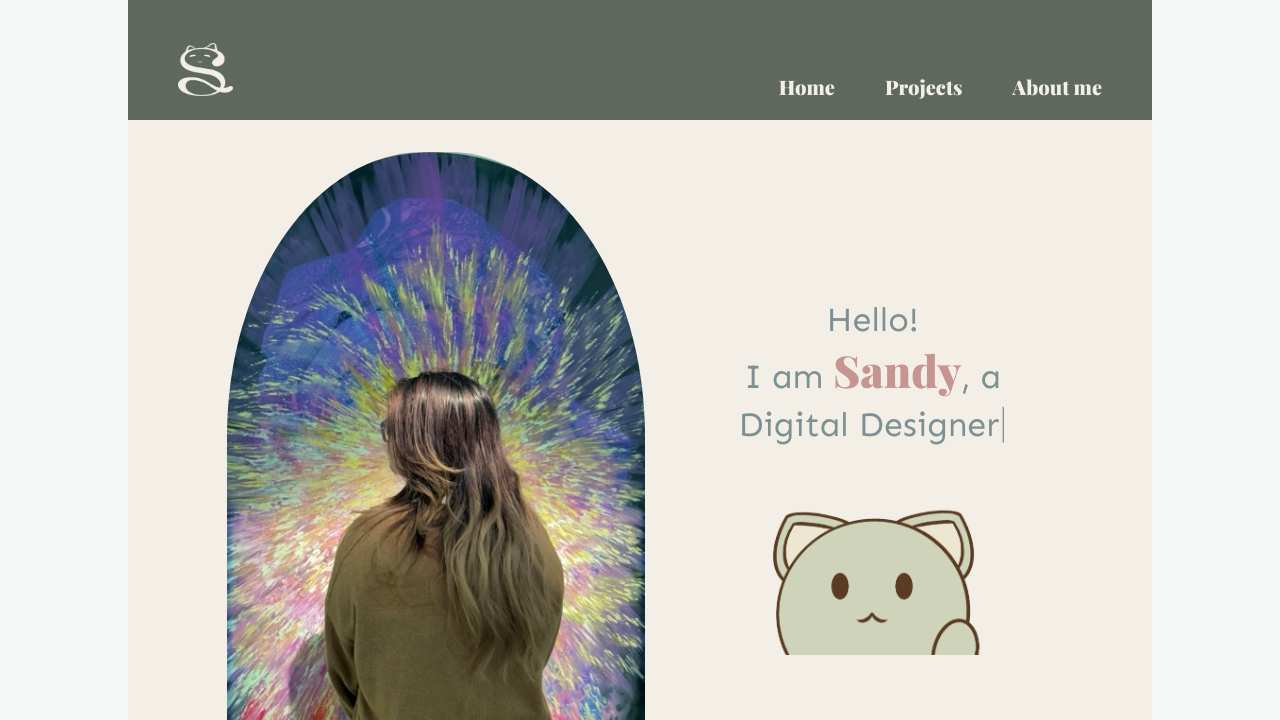
Repository: SandyLy453/portfolio
Page: /
These files come from the project's save history. The page is drawn as it stood at one moment and after the next save; the edit follows.
The browser window is 1280 px wide. The pictures show the whole page.
An inner scrolling area shows only its first screen. The project was rebuilt for these pictures with package versions that can differ from the ones it lists, and the page was loaded fresh each time. The framework's server and built-in components were replaced by stand-ins that run in the browser. Also part of the build but not shown: next.config.mjs, modules/Footer/Footer.module.css, modules/Footer/Footer.js, modules/ProjectCard/ProjectCard.module.css, modules/ProjectCard/Projectcard.js.

Above is the page before, as saved 2025-02-17 18:09:41.

After the next save:
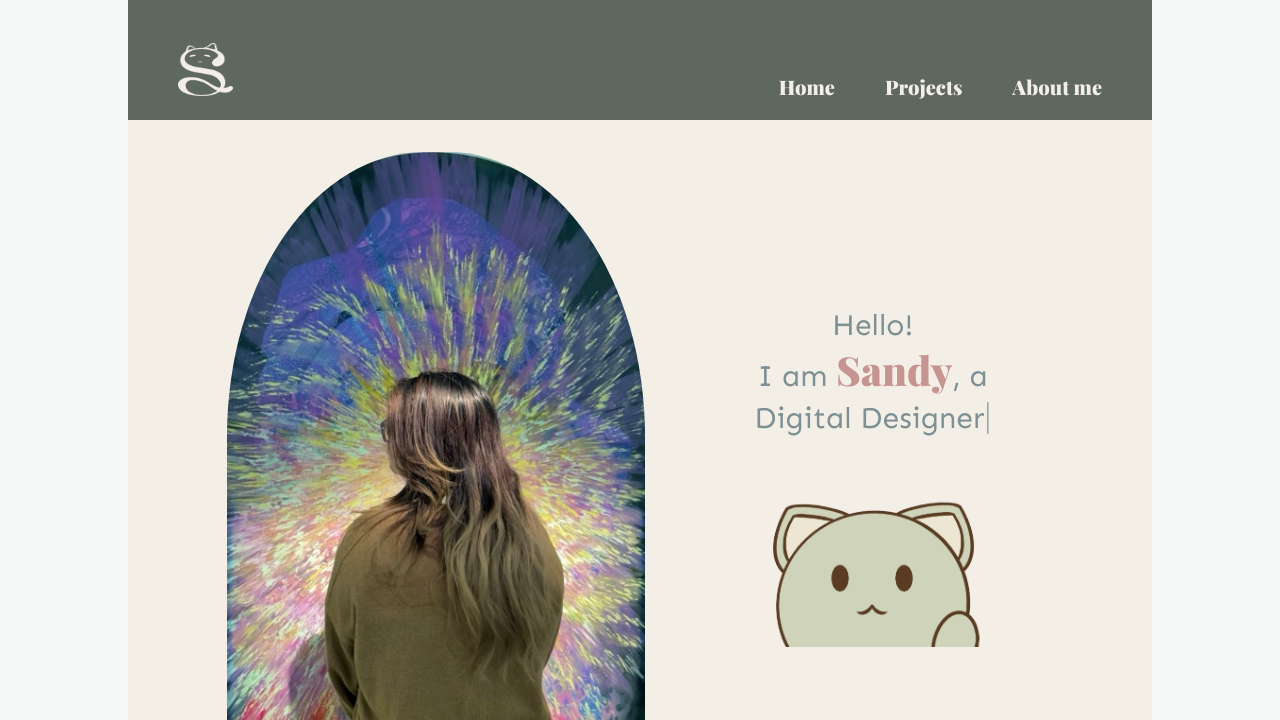
Saved 14 s later.
--- a/styles/Home.module.css
+++ b/styles/Home.module.css
@@ -215,11 +215,11 @@
   }
 
   .name {
-    font-size: 44px;
+    font-size: 40px;
   }
 
   .role {
-    font-size: 34px;
+    font-size: 30px;
   }
 
   .loca {
